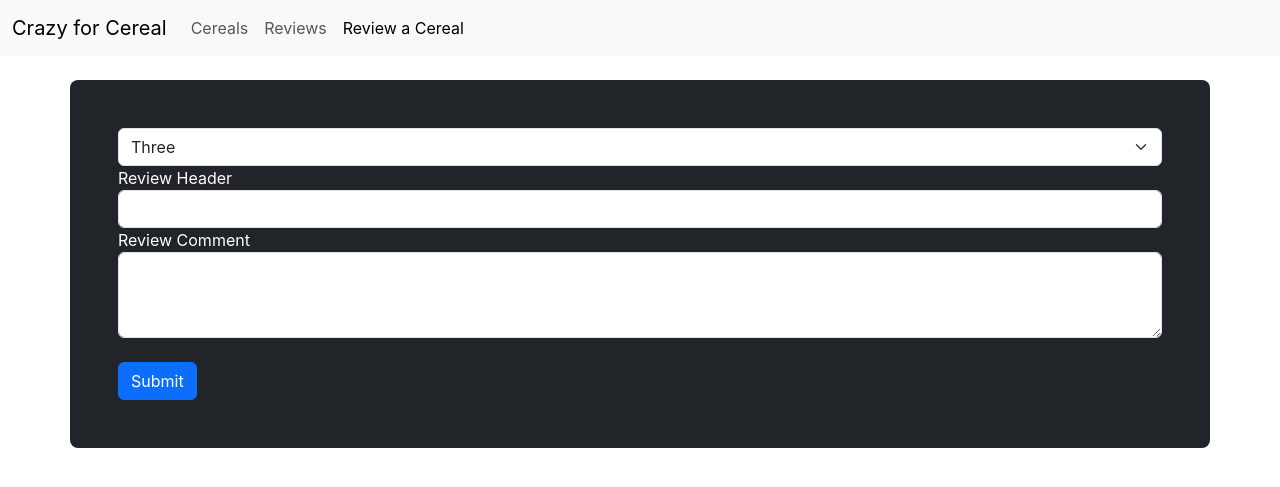
Repository: annferracane/project-3-sinatra
Page: /new-review (app in phase-3-project/)
The author's editor kept a copy of each file at every save. The page is drawn from the files as they stood at one save, then again after the next save.
The browser window is 1280 px wide. The pictures show the whole page.
The page's requests for data from a server got no answer. The project was rebuilt for these pictures with package versions that can differ from the ones it lists, and the page was loaded fresh each time. No one was signed in, and anything a server would have sent is missing. Also part of the build but not shown: phase-3-project/src/components/Cereal.js, phase-3-project/src/components/Cereals.js, phase-3-project/src/components/Main.js, phase-3-project/src/components/Review.js, phase-3-project/src/components/Reviews.js, phase-3-project/src/components/CerealDetail.js.

Above is the page before, as saved 2023-01-24 15:01:26.

After the next save:
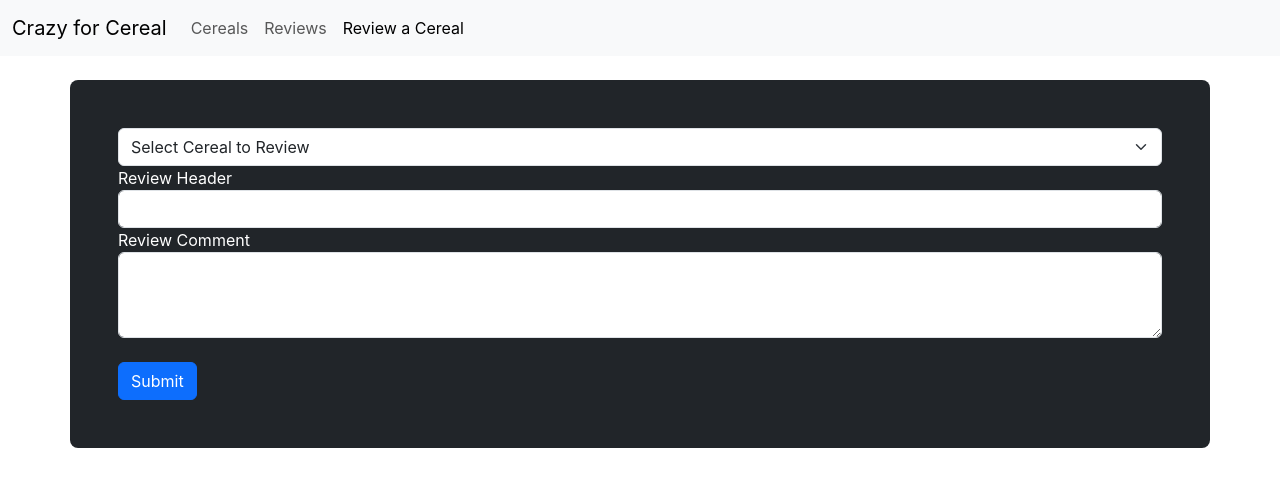
Saved 13 s later.
--- a/phase-3-project/src/components/NewReview.js
+++ b/phase-3-project/src/components/NewReview.js
@@ -47,9 +47,6 @@ function NewReview({ cereals, addNewReview }) {
                             <select className="form-select" value={ cerealId } onChange={(e) => setCerealId(e.target.value)} aria-label="Default select example">
                                 <option selected>Select Cereal to Review</option>
                                 { cerealArray }
-                                <option value="1">One</option>
-                                <option value="2">Two</option>
-                                <option value="3">Three</option>
                             </select>
                         </div>
                         <div className="form-group">
